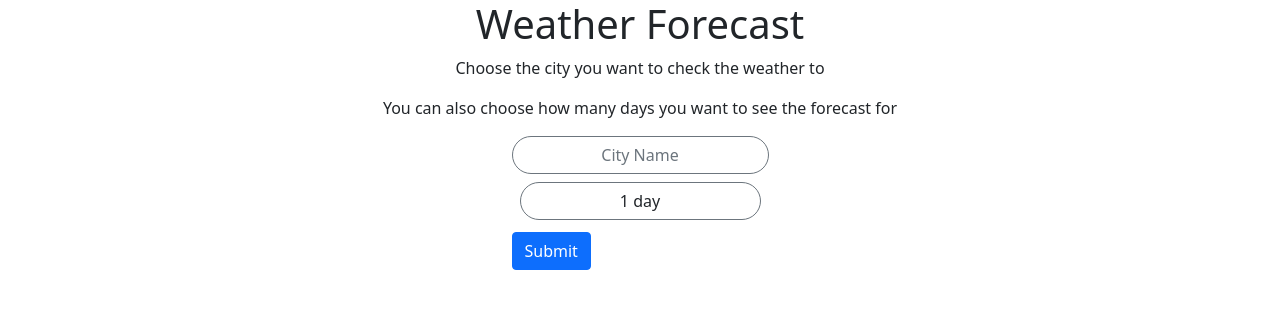
Repository: DimitrisDoxopoulos/my-own-weather-app
Page: /
These files come from the project's save history. The page is drawn as it stood at one moment and after the next save; the edit follows.
The browser window is 1280 px wide. The pictures show the whole page.
The project was rebuilt for these pictures with package versions that can differ from the ones it lists, and the page was loaded fresh each time.

Above is the page before, as saved 2021-06-03 18:42:26.

### src/App.js
import './App.css';

/*--------------- Importing Components ------------------- */
import Wrapper from './components/Wrapper'
import Header from './components/Header'
import Tagline from './components/Tagline'
import Form from './components/Form'
/*--------------- Importing Components ------------------- */

function App() {
  return (
    <div className="App">
      <Wrapper>
        <Header />
        <Tagline />
        <Form />
      </Wrapper>
    </div>
  );
}

export default App;

### src/App.css
.App {
  /* text-align: center; */
}

.App-logo {
  height: 40vmin;
  pointer-events: none;
}

.App-header {
  background-color: #282c34;
  min-height: 100vh;
  display: flex;
  flex-direction: column;
  align-items: center;
  justify-content: center;
  font-size: calc(10px + 2vmin);
  color: white;
}

.App-link {
  color: #61dafb;
}

### src/components/Wrapper.js
import React from 'react';

const Wrapper = (props) => {
    return(
    <div className='d-flex flex-column align-items-center'>
        { props.children }
    </div>
    )
}

export default Wrapper;

### src/components/Header.js
import React from 'react'

const Header = () => {
    return (
        <div className="">
            <h1 className="">Weather Forecast</h1>
        </div>
    )
}

export default Header

### src/components/Tagline.js
import React from 'react'

const Tagline = () => {
    return (
        <div className="text-center">
            <p>Choose the city you want to check the weather to</p>
            <p>You can also choose how many days you want to see the forecast for</p>
        </div>
    )
}

export default Tagline

### src/components/Form.js
import React from 'react'

const Form = () => {
    return (
        <div>
            <form>
                <div className="form-group">
                    <input type="text" className="form-control border-secondary rounded-pill text-center" id="exampleFormControlInput1" placeholder="City Name" />
                </div>
                <div className="form-group d-flex p-2">
                    <select className="form-control border-secondary rounded-pill text-center" id="exampleFormControlSelect1" placeholder="How many days?">
                        <option value="1">1 day</option>
                        <option value="2">2 days</option>
                        <option value="3">3 days</option>
                        <option value="4">4 days</option>
                        <option value="5">5 days</option>
                    </select>
                </div>
                <input className="btn btn-primary mt-1" type="submit" value="Submit" />
            </form>
        </div>
    )
}

export default Form

Loaded but not shown: public/index.html (common file); src/index.js (common file); src/index.css (common file); src/reportWebVitals.js (common file)

After the next save:
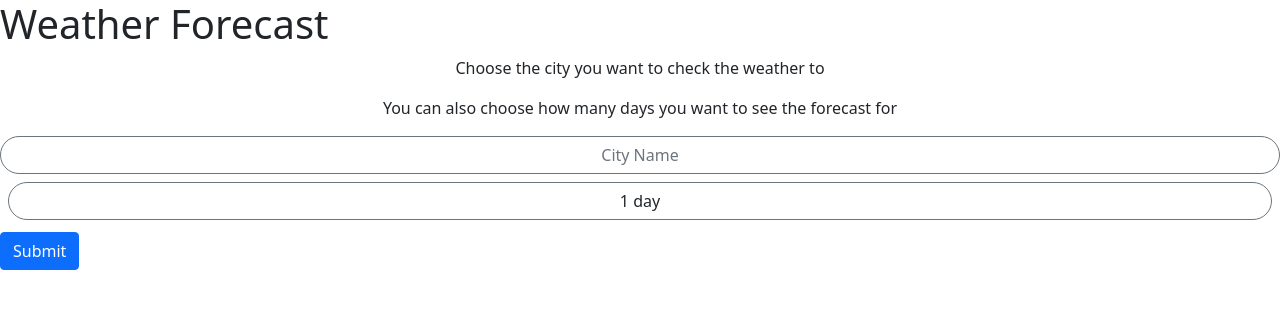
Saved 8 s later.
--- a/src/components/Wrapper.js
+++ b/src/components/Wrapper.js
@@ -2,7 +2,7 @@
 
 const Wrapper = (props) => {
     return(
-    <div className='d-flex flex-column align-items-center'>
+    <div className='d-flex flex-column'>
         { props.children }
     </div>
     )

After the save that followed:
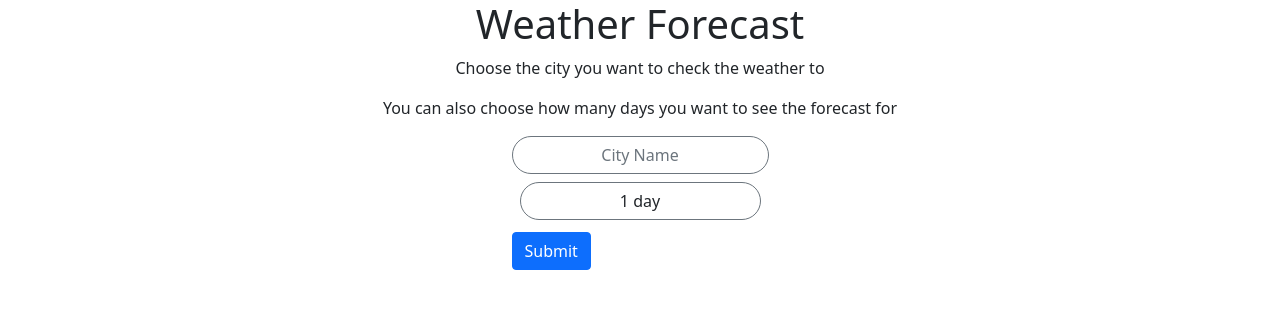
Saved 6 s later.
--- a/src/components/Wrapper.js
+++ b/src/components/Wrapper.js
@@ -2,7 +2,7 @@
 
 const Wrapper = (props) => {
     return(
-    <div className='d-flex flex-column'>
+    <div className='d-flex flex-column justify-content-center align-items-center'>
         { props.children }
     </div>
     )
